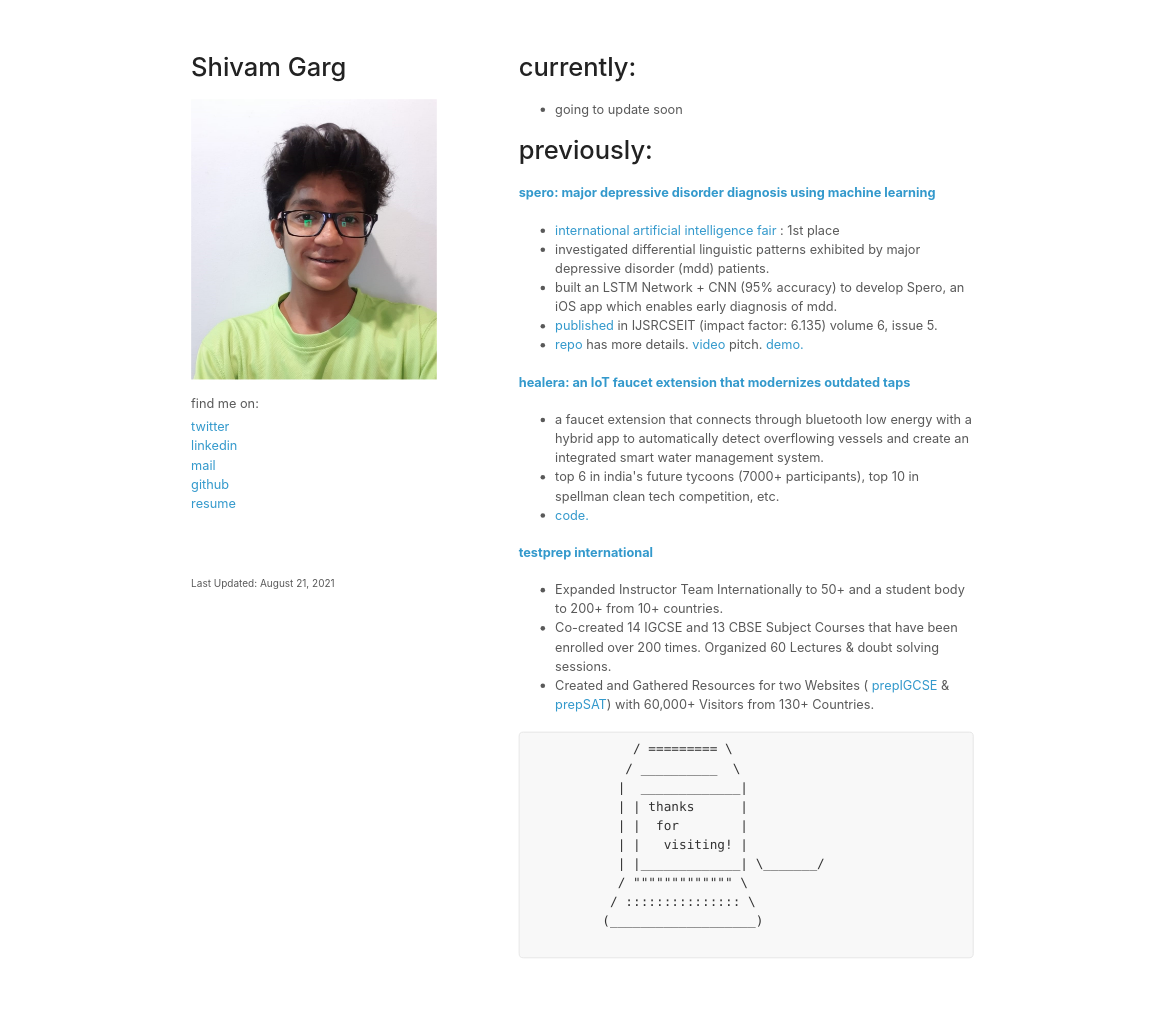
Repository: 22shivam/22shivam.github.io
Page: index.html
The author's editor kept a copy of each file at every save. The page is drawn from the files as they stood at one save, then again after the next save.
The browser window is 1280 px wide. The pictures show the whole page, at 91% of full size.

Above is the page before, as saved 2024-06-17 18:57:24.

### index.html
<!doctype html>
<html>

<head>
  <meta charset="utf-8">
  <meta http-equiv="X-UA-Compatible" content="chrome=1">
  <title>Shivam Garg</title>

  <link rel="apple-touch-icon" sizes="180x180" href="assets/favicon/apple-touch-icon.png">
  <link rel="icon" type="image/png" sizes="32x32" href="assets/favicon/favicon-32x32.png">
  <link rel="icon" type="image/png" sizes="16x16" href="assets/favicon/favicon-16x16.png">
  <link rel="manifest" href="assets/favicon/site.webmanifest">
  <title>Shivam Garg</title>
  <meta charset="utf-8">
  <meta name="description" content="hi i am shivam! i love making and learning about new things">
  <meta name="keywords" content="Shivam Garg, Shivam, Personal Website, smgarg, Shivam Manish Garg">
  <link rel="author" href="https://plus.google.com/{{googlePlusId}}" />
  <!-- TODO: fix link below -->
  <link rel="canonical" href="/" />
  <meta name="author" content="Shivam Garg">


  <link rel="stylesheet" href="css/styles.css">
  <link rel="stylesheet" href="css/pygment_trac.css">
  <meta name="viewport" content="width=device-width">
  <!--[if lt IE 9]>
    <script src="//html5shiv.googlecode.com/svn/trunk/html5.js"></script>
    <![endif]-->
</head>

<body>
  <div class="wrapper">
    <header>
      <h1>Shivam Garg</h1>
      <img src="assets/publicPhoto.jpeg" alt="Shivam Garg" height="" width="">
      <p style="margin-bottom: 5px; margin-top: 10px;">find me on:</p>
      <div class="view"><a href="https://twitter.com/0xshivamg/" target="_blank">twitter</a></div>
      <div class="view"><a href="https://www.linkedin.com/in/shivammgarg" target="_blank">linkedin</a></div>
      <div class="view"><a href="mailto:shivamg2604@gmail.com" target="_blank">mail</a></div>
      <div class="view"><a href="https://github.com/22shivam/" target="_blank">github</a></div>
      <div class="view"><a
          href="https://docs.google.com/document/d/1XngIt09bPn4KqA4MeCDZqlIE3TaXOZoX0enz0Mnil3I/edit?usp=sharing"
          target="_blank">resume</a></div>

    </header>
    <section>
      <h1>currently:</h1>

      <ul>
        <li> going to update soon</li>
        <!-- <li> dabbling with Web3 stuff, Solidity, and DApp development </li>
        <li> currently building <a href="https://ratemyfood.tech/" target="_blank"> ratemyfood.tech </a></li> -->
        <!-- <li> reading the psychology of money </li> -->

      </ul>


      <h1>previously:</h1>

      <p><a href="#"><b>spero: major depressive disorder diagnosis using machine learning</b></a></p>
      <ul>
        <li><a href="https://www.facebook.com/watch/?v=3315503535234343" target="_blanket">international artificial
            intelligence fair </a>: 1st place</li>
        <li> investigated differential linguistic patterns exhibited by major depressive disorder (mdd) patients. </li>
        <li> built an LSTM Network + CNN (95% accuracy) to develop Spero, an iOS app which enables early diagnosis of
          mdd. </li>
        <li> <a href="https://drive.google.com/file/d/13emORumQpy178YOz-o1TLWc3oEMG_0Zk/view?usp=sharing"
            target="_blank">published</a> in IJSRCSEIT (impact factor: 6.135) volume 6, issue 5. </li>
        <li><a href="https://github.com/yumibyte/DepressionAnalysisApp" target="_blank">repo</a> has more details. <a
            href="https://youtu.be/BRpB7O93rG8" target="_blank">video </a>pitch. <a
            href="https://drive.google.com/file/d/1xZBEsI2Kvl0hXr1HkGOkEOxA6GYMHvkU/view?usp=sharing"
            target="_blank">demo.</a></li>
      </ul>

      <p><a href="#"><b>healera: an IoT faucet extension that modernizes outdated taps</b></a></p>
      <ul>
        <li> a faucet extension that connects through bluetooth low energy with a hybrid app to automatically detect
          overflowing vessels and create an integrated smart water management system. </li>
        <li>top 6 in india's future tycoons (7000+ participants), top 10 in spellman clean tech competition, etc.</li>
        <li><a href="https://create.arduino.cc/editor/shivam26/1d686c51-6e04-4531-b3fc-80d3e8be87ea/preview"
            target="_blank">code.</a> </li>
      </ul>

      <p><a href="https://testprepintl.wixsite.com/testprep" target="_blank"><b>testprep international</b></a></p>
      <ul>
        <li>Expanded Instructor Team Internationally to 50+ and a student body to 200+ from 10+ countries.</li>
        <li>Co-created 14 IGCSE and 13 CBSE Subject Courses that have been enrolled over 200 times. Organized 60
          Lectures & doubt solving sessions. </li>
        <li>Created and Gathered Resources for two Websites ( <a href="https://igcse.school.blog/"
            target="_blank">prepIGCSE</a> & <a href="https://prepsatinfo.wordpress.com/" target="_blank">prepSAT</a>)
          with 60,000+ Visitors from 130+ Countries. </li>
      </ul>

      <!-- <p><a href="https://covidhope.litcot.org/" target="_blank"><b>the covidhope initiative</b></a></p>
      <ul>
        <li>recruited 17 editors and designers for the 216-page anthology and oversaw internal operations.</li>
        <li>released anthology in several online stores.</li>
        <li>recognised by <a
            href="https://www.unmgcy.org/youth-initiatives/2020/9/9/the-covidhope-initiative?fbclid=IwAR1hHeQ0HqLZF7lZqmeBwSabEhB1bpDe8zFZsVwr8dct0wwqOb93iT0AzrM"
            target="_blank">united nations major group for children and youth</a> and WHO's weekly operational update on
          covid-19 (<a
            href="https://www.who.int/publications/m/item/weekly-operational-update-on-covid-19---24-may-2021"
            target="_blank">issue 56</a>, page 7).</li>
      </ul> -->

      <!-- <p><a href="#"><b>this is actually a title placeholder</b></a></p>
        <ul>
            <li>bullet <b>1</b></li>
            <li>bullet 2</li>
            <li>bullet 3</li>
        </ul> -->

      <!-- <h1>essays:</h1>
      &#10024; fun stuff coming soon &#10024;
      <br>
      <br>

      <h1>reading list</h1>
      <ul>
        <li>the psychology of money by morgan housel </li>
        <li>the almanack of naval ravikant by eric jorgenson</li>
      </ul> -->

      <!-- <h1>random:</h1>
          <ul>
            <li>random 1:</li>
            <li>random 2:</li>
            <li>random 3:</li>
          </ul>

          <h1>features:</h1>
          <ul>
            <li>feature 1:</li>
            <li>feature 2:</li>
            <li>feature 3:</li>
          </ul>

          <h1>gallery:</h1>
          <ul>
            <li>feature 1:</li>
            <li>feature 2:</li>
            <li>feature 3:</li>
          </ul> -->




      <pre>
             / ========= \
            / __________  \
           |  _____________|
           | | thanks      |
           | |  for        |
           | |   visiting! |
           | |_____________| \_______/
           / """"""""""""" \
          / ::::::::::::::: \
         (___________________)
        </pre>
    </section>
    <footer>
      <p><small>Last Updated: August 21, 2021</small></p>
    </footer>
  </div>
  <script src="js/scale.fix.js"></script>
</body>

</html>

### css/styles.css
body {
  background-color: #fff;
  padding:50px;
  font: 14px/1.5 -apple-system, BlinkMacSystemFont, "Segoe UI", Roboto, Oxygen, Ubuntu, Cantarell, "Fira Sans", "Droid Sans", "Helvetica Neue", Arial, sans-serif, "Apple Color Emoji", "Segoe UI Emoji", "Segoe UI Symbol";
  color:#595959;
  font-weight:400;
}

h1, h2, h3, h4, h5, h6 {
  color:#222;
  margin:0 0 20px;
}

p, ul, ol, table, pre, dl {
  margin:0 0 20px;
}

h1, h2, h3 {
  line-height:1.1;
}

h1 {
  font-size:28px;
  font-weight: 500;
}

h2 {
  color:#393939;
  font-weight: 500;
}

h3, h4, h5, h6 {
  color:#494949;
  font-weight: 500;
}

a {
  color:#39c;
  text-decoration:none;
}

a:hover {
  color:#069;
}

a small {
  font-size:11px;
  color:#777;
  margin-top:-0.3em;
  display:block;
}

a:hover small {
  color:#777;
}

.wrapper {
  width:860px;
  margin:0 auto;
}

blockquote {
  border-left:1px solid #e5e5e5;
  margin:0;
  padding:0 0 0 20px;
  font-style:italic;
}

code, pre {
  font-family:Monaco, Bitstream Vera Sans Mono, Lucida Console, Terminal, Consolas, Liberation Mono, DejaVu Sans Mono, Courier New, monospace;
  color:#333;
}

pre {
  padding:8px 15px;
  background: #f8f8f8;
  border-radius:5px;
  border:1px solid #e5e5e5;
  overflow-x: auto;
}

table {
  width:100%;
  border-collapse:collapse;
}

th, td {
  text-align:left;
  padding:5px 10px;
  border-bottom:1px solid #e5e5e5;
}

dt {
  color:#444;
  font-weight:500;
}

th {
  color:#444;
}

img {
  max-width:100%;
}

header {
  width:270px;
  float:left;
  position:fixed;
  -webkit-font-smoothing:subpixel-antialiased;
}

header ul {
  list-style:none;
  height:40px;
  padding:0;
  background: #f4f4f4;
  border-radius:5px;
  border:1px solid #e0e0e0;
  width:270px;
}

header li {
  width:89px;
  float:left;
  border-right:1px solid #e0e0e0;
  height:40px;
}

header li:first-child a {
  border-radius:5px 0 0 5px;
}

header li:last-child a {
  border-radius:0 5px 5px 0;
}

header ul a {
  line-height:1;
  font-size:11px;
  color:#999;
  display:block;
  text-align:center;
  padding-top:6px;
  height:34px;
}

header ul a:hover {
  color:#999;
}

header ul a:active {
  background-color:#f0f0f0;
}

strong {
  color:#222;
  font-weight:500;
}

header ul li + li + li {
  border-right:none;
  width:89px;
}

header ul a strong {
  font-size:14px;
  display:block;
  color:#222;
}

section {
  width:500px;
  float:right;
  padding-bottom:50px;
}

small {
  font-size:11px;
}

hr {
  border:0;
  background:#e5e5e5;
  height:1px;
  margin:0 0 20px;
}

footer {
  width:270px;
  float:left;
  position:fixed;
  bottom:50px;
  -webkit-font-smoothing:subpixel-antialiased;
}

@media print, screen and (max-width: 960px) {

  div.wrapper {
    width:auto;
    margin:0;
  }

  header, section, footer {
    float:none;
    position:static;
    width:auto;
  }

  header {
    padding-right:320px;
  }

  section {
    border:1px solid #e5e5e5;
    border-width:1px 0;
    padding:20px 0;
    margin:0 0 20px;
  }

  header a small {
    display:inline;
  }

  header ul {
    position:absolute;
    right:50px;
    top:52px;
  }
}

@media print, screen and (max-width: 720px) {
  body {
    word-wrap:break-word;
  }

  header {
    padding:0;
  }

  header ul, header p.view {
    position:static;
  }

  pre, code {
    word-wrap:normal;
  }
}

@media print, screen and (max-width: 480px) {
  body {
    padding:15px;
  }

  header ul {
    width:99%;
  }

  header li, header ul li + li + li {
    width:33%;
  }
}

@media print {
  body {
    padding:0.4in;
    font-size:12pt;
    color:#444;
  }
}

### css/pygment_trac.css
.highlight  { background: #ffffff; }
.highlight .c { color: #999988; font-style: italic } /* Comment */
.highlight .err { color: #a61717; background-color: #e3d2d2 } /* Error */
.highlight .k { font-weight: bold } /* Keyword */
.highlight .o { font-weight: bold } /* Operator */
.highlight .cm { color: #999988; font-style: italic } /* Comment.Multiline */
.highlight .cp { color: #999999; font-weight: bold } /* Comment.Preproc */
.highlight .c1 { color: #999988; font-style: italic } /* Comment.Single */
.highlight .cs { color: #999999; font-weight: bold; font-style: italic } /* Comment.Special */
.highlight .gd { color: #000000; background-color: #ffdddd } /* Generic.Deleted */
.highlight .gd .x { color: #000000; background-color: #ffaaaa } /* Generic.Deleted.Specific */
.highlight .ge { font-style: italic } /* Generic.Emph */
.highlight .gr { color: #aa0000 } /* Generic.Error */
.highlight .gh { color: #999999 } /* Generic.Heading */
.highlight .gi { color: #000000; background-color: #ddffdd } /* Generic.Inserted */
.highlight .gi .x { color: #000000; background-color: #aaffaa } /* Generic.Inserted.Specific */
.highlight .go { color: #888888 } /* Generic.Output */
.highlight .gp { color: #555555 } /* Generic.Prompt */
.highlight .gs { font-weight: bold } /* Generic.Strong */
.highlight .gu { color: #800080; font-weight: bold; } /* Generic.Subheading */
.highlight .gt { color: #aa0000 } /* Generic.Traceback */
.highlight .kc { font-weight: bold } /* Keyword.Constant */
.highlight .kd { font-weight: bold } /* Keyword.Declaration */
.highlight .kn { font-weight: bold } /* Keyword.Namespace */
.highlight .kp { font-weight: bold } /* Keyword.Pseudo */
.highlight .kr { font-weight: bold } /* Keyword.Reserved */
.highlight .kt { color: #445588; font-weight: bold } /* Keyword.Type */
.highlight .m { color: #009999 } /* Literal.Number */
.highlight .s { color: #d14 } /* Literal.String */
.highlight .na { color: #008080 } /* Name.Attribute */
.highlight .nb { color: #0086B3 } /* Name.Builtin */
.highlight .nc { color: #445588; font-weight: bold } /* Name.Class */
.highlight .no { color: #008080 } /* Name.Constant */
.highlight .ni { color: #800080 } /* Name.Entity */
.highlight .ne { color: #990000; font-weight: bold } /* Name.Exception */
.highlight .nf { color: #990000; font-weight: bold } /* Name.Function */
.highlight .nn { color: #555555 } /* Name.Namespace */
.highlight .nt { color: #000080 } /* Name.Tag */
.highlight .nv { color: #008080 } /* Name.Variable */
.highlight .ow { font-weight: bold } /* Operator.Word */
.highlight .w { color: #bbbbbb } /* Text.Whitespace */
.highlight .mf { color: #009999 } /* Literal.Number.Float */
.highlight .mh { color: #009999 } /* Literal.Number.Hex */
.highlight .mi { color: #009999 } /* Literal.Number.Integer */
.highlight .mo { color: #009999 } /* Literal.Number.Oct */
.highlight .sb { color: #d14 } /* Literal.String.Backtick */
.highlight .sc { color: #d14 } /* Literal.String.Char */
.highlight .sd { color: #d14 } /* Literal.String.Doc */
.highlight .s2 { color: #d14 } /* Literal.String.Double */
.highlight .se { color: #d14 } /* Literal.String.Escape */
.highlight .sh { color: #d14 } /* Literal.String.Heredoc */
.highlight .si { color: #d14 } /* Literal.String.Interpol */
.highlight .sx { color: #d14 } /* Literal.String.Other */
.highlight .sr { color: #009926 } /* Literal.String.Regex */
.highlight .s1 { color: #d14 } /* Literal.String.Single */
.highlight .ss { color: #990073 } /* Literal.String.Symbol */
.highlight .bp { color: #999999 } /* Name.Builtin.Pseudo */
.highlight .vc { color: #008080 } /* Name.Variable.Class */
.highlight .vg { color: #008080 } /* Name.Variable.Global */
.highlight .vi { color: #008080 } /* Name.Variable.Instance */
.highlight .il { color: #009999 } /* Literal.Number.Integer.Long */

.type-csharp .highlight .k { color: #0000FF }
.type-csharp .highlight .kt { color: #0000FF }
.type-csharp .highlight .nf { color: #000000; font-weight: normal }
.type-csharp .highlight .nc { color: #2B91AF }
.type-csharp .highlight .nn { color: #000000 }
.type-csharp .highlight .s { color: #A31515 }
.type-csharp .highlight .sc { color: #A31515 }

Loaded but not shown: js/scale.fix.js (common file)

After the next save:
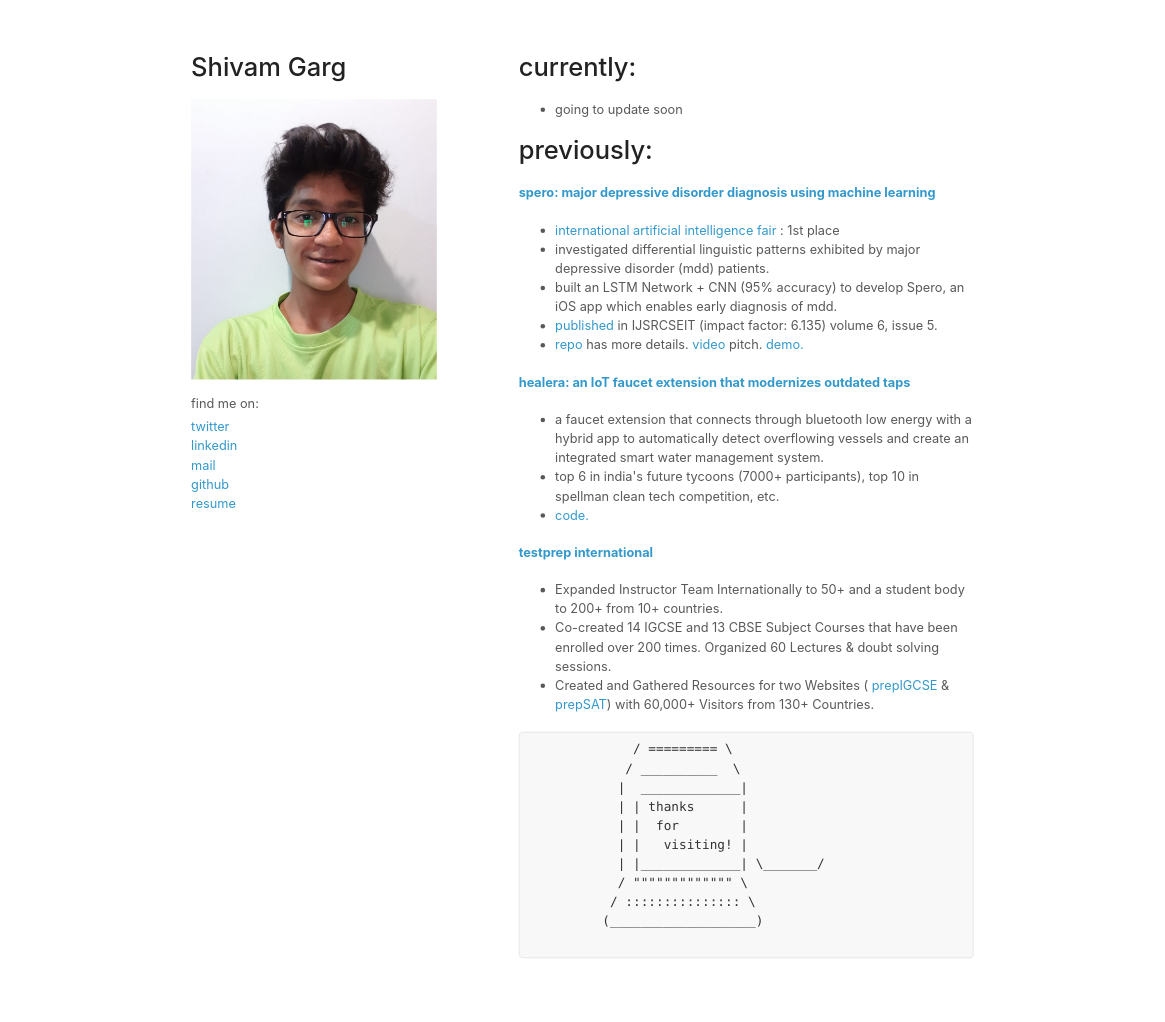
Saved 19 s later.
--- a/index.html
+++ b/index.html
@@ -159,7 +159,7 @@
         </pre>
     </section>
     <footer>
-      <p><small>Last Updated: August 21, 2021</small></p>
+      <!-- <p><small>Last Updated: August 21, 2021</small></p> -->
     </footer>
   </div>
   <script src="js/scale.fix.js"></script>
